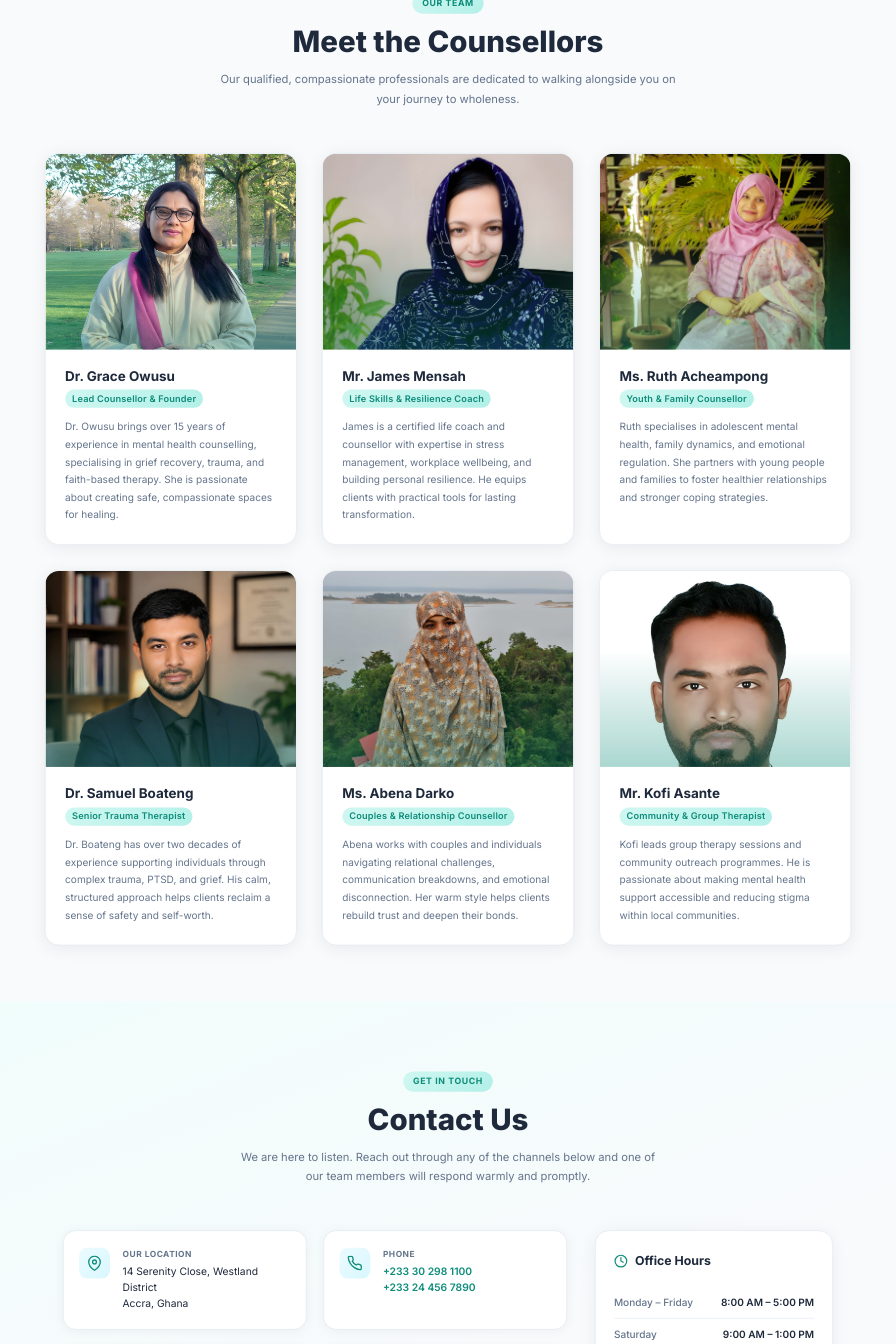
Repository: Tan47s/Lifelogo
Page: /
An editor plug-in stored every save of this project. The page is shown before and after the next save, followed by the edit.
The browser window is 1280 px wide. The pictures show the part of the page from y = 2322 to 4242 px (the page is 4886 px tall), at 70% of full size.
The project was rebuilt for these pictures with package versions that can differ from the ones it lists, and the page was loaded fresh each time. Also part of the build but not shown: vite.config.js.

Above is the page before, as saved 2026-08-09 16:44:59.

### index.html
<!doctype html>
<html lang="en">
  <head>
    <meta charset="UTF-8" />
    <link rel="icon" type="image/svg+xml" href="/favicon.svg" />
    <meta name="viewport" content="width=device-width, initial-scale=1.0" />
    <title>Life-Logo | Mental Health Counselling &amp; Life Skills</title>
    <meta name="description" content="Life-Logo Mental Health Support &amp; Life Skills Training Unit — professional counselling, resilience coaching, and compassionate support to help you find meaning, hope, and purpose." />
    <meta property="og:title" content="Life-Logo | Mental Health Counselling &amp; Life Skills" />
    <meta property="og:description" content="Professional counselling and life skills training to support your well-being and personal growth." />
    <meta property="og:type" content="website" />
  </head>
  <body>
    <div id="root"></div>
    <script type="module" src="/src/main.jsx"></script>
  </body>
</html>

### src/main.jsx
import { StrictMode } from 'react'
import { createRoot } from 'react-dom/client'

import { App } from './App.jsx'


createRoot(document.getElementById('root')).render(
  <StrictMode>
    <App />
  </StrictMode>,
)

### src/App.jsx
import React from 'react'
import { Header } from './comp/Header'
import { Herocon } from './comp/Herocon'
import { Contents2 } from './comp/Contents2'
import { Service2 } from './comp/Service2'
import { Counsellors } from './comp/Counsellors'
import { Contact } from './comp/Contact'
import { Footer } from './comp/Footer'

export const App = () => {
  return (
    <div>
      <Header />

      {/* Hero — id: home (owned by Herocon's <section>) */}
      <Herocon />

      {/* Our Story — id: story (owned by Contents2's <section>) */}
      <Contents2 />

      {/* Services — id: services (declared inside Service2's <section>) */}
      <Service2 />

      {/* Our Team — id: team */}
      <Counsellors />

      {/* Contact — id: contact */}
      <Contact />

      {/* Footer */}
      <Footer />
    </div>
  )
}

### src/comp/Herocon.jsx
import './herocon.css'
import Hero from '../assets/hero.png'

const stats = [
  { value: '500+', label: 'Lives Impacted' },
  { value: '15+', label: 'Years Experience' },
  { value: '6',   label: 'Specialists' },
]

export const Herocon = () => {
  const scrollTo = (id) => {
    const el = document.getElementById(id)
    if (el) el.scrollIntoView({ behavior: 'smooth' })
  }

  return (
    <section
      id="home"
      className="hero-section"
      style={{ backgroundImage: `url(${Hero})` }}
    >
      {/* layered overlay */}
      <div className="hero-overlay" />

      <div className="hero-content">
        {/* eyebrow badge */}
        <span className="hero-badge">Mental Health &amp; Life Skills</span>

        {/* quote */}
        <p className="hero-quote">
          &ldquo;Doctors Dress The Wound, God Heals It.&rdquo;
        </p>

        {/* headline */}
        <h1 className="hero-headline">
          Well-Being Requires<br />
          <span className="hero-headline-accent">a Safe Space to Heal</span>
        </h1>

        {/* sub-text */}
        <p className="hero-sub">
          Mental health is the foundation of a healthy life. Through compassion,
          professional support, and faith, we help you find hope, build
          resilience, and take meaningful steps toward lasting well-being.
        </p>

        {/* CTAs */}
        <div className="hero-ctas">
          <button
            id="hero-contact-btn"
            className="hero-btn hero-btn--primary"
            onClick={() => scrollTo('contact')}
          >
            Contact Us
          </button>
          <button
            id="hero-services-btn"
            className="hero-btn hero-btn--ghost"
            onClick={() => scrollTo('services')}
          >
            Our Services
          </button>
        </div>

        {/* Stats strip */}
        <div className="hero-stats">
          {stats.map((s, i) => (
            <div className="hero-stat" key={i}>
              <span className="hero-stat-value">{s.value}</span>
              <span className="hero-stat-label">{s.label}</span>
            </div>
          ))}
        </div>
      </div>
    </section>
  )
}

### src/comp/Service2.jsx
import React from 'react'
import ser1 from '../assets/ser1.png'
import ser2 from '../assets/ser2.png'
import ser3 from '../assets/ser3.png'
import ser4 from '../assets/ser4.png'
import './Service2.css'

const services = [
  {
    img: ser1,
    title: 'Individual Counselling',
    tag: 'One-on-One',
    desc: 'A private, confidential space where you can explore personal challenges, process emotions, and develop healthier coping strategies with the guidance of a qualified counsellor.',
  },
  {
    img: ser2,
    title: 'Couple Counselling',
    tag: 'Relationships',
    desc: 'Helping couples navigate conflict, rebuild trust, and strengthen communication so they can grow together in a healthy, supportive partnership.',
  },
  {
    img: ser3,
    title: 'Family Counselling',
    tag: 'Family Dynamics',
    desc: 'We work with families to address relational tensions, improve understanding, and foster a home environment rooted in compassion and mutual respect.',
  },
  {
    img: ser4,
    title: 'Life Skills Training',
    tag: 'Personal Growth',
    desc: 'Practical workshops and coaching sessions that equip you with tools for resilience, emotional regulation, goal-setting, and purposeful living.',
  },
]

export const Service2 = () => {
  return (
    <section id="services" className="services-section">
      {/* Section Header */}
      <div className="services-header">
        <span className="section-badge">What We Offer</span>
        <h2>Our Services</h2>
        <p className="services-subtitle">
          We provide compassionate mental health counselling and life skills
          training to support your well-being and personal growth.
        </p>
      </div>

      {/* Cards Grid */}
      <div className="services-grid">
        {services.map((s, i) => (
          <div className="service-card" key={i}>
            <div className="service-img-wrap">
              <img src={s.img} alt={s.title} className="service-img" />
              <div className="service-img-overlay" />
            </div>
            <div className="service-info">
              <span className="service-tag">{s.tag}</span>
              <h3>{s.title}</h3>
              <p>{s.desc}</p>
            </div>
          </div>
        ))}
      </div>
    </section>
  )
}

### src/comp/Counsellors.jsx
import React from 'react'
import './Counsellors.css'
import c1 from '../assets/counsellor1.jpg'
import c2 from '../assets/counsellor2.jpg'
import c3 from '../assets/counsellor3.jpeg'
import c4 from '../assets/counsellor4.jpeg'
import c5 from '../assets/counsellor5.jpeg'
import c6 from '../assets/counsellor6.jpeg'

const counsellors = [
  {
    img: c1,
    name: 'Dr. Grace Owusu',
    role: 'Lead Counsellor & Founder',
    bio: 'Dr. Owusu brings over 15 years of experience in mental health counselling, specialising in grief recovery, trauma, and faith-based therapy. She is passionate about creating safe, compassionate spaces for healing.',
  },
  {
    img: c2,
    name: 'Mr. James Mensah',
    role: 'Life Skills & Resilience Coach',
    bio: 'James is a certified life coach and counsellor with expertise in stress management, workplace wellbeing, and building personal resilience. He equips clients with practical tools for lasting transformation.',
  },
  {
    img: c3,
    name: 'Ms. Ruth Acheampong',
    role: 'Youth & Family Counsellor',
    bio: 'Ruth specialises in adolescent mental health, family dynamics, and emotional regulation. She partners with young people and families to foster healthier relationships and stronger coping strategies.',
  },
  {
    img: c4,
    name: 'Dr. Samuel Boateng',
    role: 'Senior Trauma Therapist',
    bio: 'Dr. Boateng has over two decades of experience supporting individuals through complex trauma, PTSD, and grief. His calm, structured approach helps clients reclaim a sense of safety and self-worth.',
  },
  {
    img: c5,
    name: 'Ms. Abena Darko',
    role: 'Couples & Relationship Counsellor',
    bio: 'Abena works with couples and individuals navigating relational challenges, communication breakdowns, and emotional disconnection. Her warm style helps clients rebuild trust and deepen their bonds.',
  },
  {
    img: c6,
    name: 'Mr. Kofi Asante',
    role: 'Community & Group Therapist',
    bio: 'Kofi leads group therapy sessions and community outreach programmes. He is passionate about making mental health support accessible and reducing stigma within local communities.',
  },
]

export const Counsellors = () => {
  return (
    <section id="team" className="counsellors-section">
      {/* Section Header */}
      <div className="counsellors-header">
        <span className="section-badge">Our Team</span>
        <h2>Meet the Counsellors</h2>
        <p className="counsellors-subtitle">
          Our qualified, compassionate professionals are dedicated to walking
          alongside you on your journey to wholeness.
        </p>
      </div>

      {/* Cards Grid */}
      <div className="counsellors-grid">
        {counsellors.map((c, i) => (
          <div className="counsellor-card" key={i}>
            <div className="counsellor-img-wrap">
              <img src={c.img} alt={c.name} className="counsellor-img" />
              <div className="counsellor-img-overlay" />
            </div>
            <div className="counsellor-info">
              <h3>{c.name}</h3>
              <span className="counsellor-role">{c.role}</span>
              <p>{c.bio}</p>
            </div>
          </div>
        ))}
      </div>
    </section>
  )
}

### src/comp/Footer.jsx
import React from 'react'
import './Footer.css'
import logo from '../assets/logo.png'

export const Footer = () => {
  const year = new Date().getFullYear()

  const scrollTo = (id) => {
    const el = document.getElementById(id)
    if (el) el.scrollIntoView({ behavior: 'smooth' })
  }

  return (
    <footer className="footer">
      <div className="footer-inner">

        {/* Brand Column */}
        <div className="footer-brand">
          <div className="footer-logo-row">
            <img src={logo} alt="Life-Logo" className="footer-logo" />
            <span className="footer-name">Life-Logo</span>
          </div>
          <p className="footer-tagline">
            Mental Health Support &amp; Life Skills Training Unit — helping
            people discover meaning, hope, and purpose.
          </p>
        </div>

        {/* Quick Links */}
        <div className="footer-col">
          <h4>Quick Links</h4>
          <ul>
            {[
              { label: 'Home',        id: 'home' },
              { label: 'Our Story',   id: 'story' },
              { label: 'Services',    id: 'services' },
              { label: 'Our Team',    id: 'team' },
              { label: 'Contact',     id: 'contact' },
            ].map((l) => (
              <li key={l.id}>
                <button onClick={() => scrollTo(l.id)} className="footer-link">
                  {l.label}
                </button>
              </li>
            ))}
          </ul>
        </div>

        {/* Contact Column */}
        <div className="footer-col">
          <h4>Contact</h4>
          <ul className="footer-contact-list">
            <li>
              <span className="fc-icon">📍</span>
              14 Serenity Close, Westland District, Accra, Ghana
            </li>
            <li>
              <span className="fc-icon">📞</span>
              <a href="tel:+233302981100">+233 30 298 1100</a>
            </li>
            <li>
              <span className="fc-icon">✉️</span>
              <a href="mailto:hello@lifelogo.org">hello@lifelogo.org</a>
            </li>
            <li>
              <span className="fc-icon">💬</span>
              <a href="https://wa.me/233244567890" target="_blank" rel="noopener noreferrer">
                WhatsApp Us
              </a>
            </li>
          </ul>
        </div>

      </div>

      {/* Bottom Bar */}
      <div className="footer-bottom">
        <p>&copy; {year} Life-Logo Mental Health &amp; Life Skills. All rights reserved.</p>
        <p className="footer-note">Built with compassion 💚</p>
      </div>
    </footer>
  )
}

### src/Index.css

@import url('https://fonts.googleapis.com/css2?family=Inter:wght@100..900&display=swap');

:root {
  /* Brand */
  --primary: #6de1fb;        /* Teal from header */
  --primary-light: #02ff78;


  /* Logo greens */
  --green: #22C55E;
  --green-light: #DCFCE7;

  /* Blue accent */
  --blue: #38BDF8;
  --blue-light: #E0F2FE;

  /* Backgrounds */
  --background: #F8FAFC;
  --surface: #FFFFFF;

  /* Text */
  --text: #1E293B;
  --text-muted: #64748B;

  /* Borders */
  --border: #E2E8F0;
}

* {
  margin: 0;
  padding: 0;
  box-sizing: border-box;
  font-family: "Inter", sans-serif;
}

h1{
    font-weight: 800;
}

p{
    font-weight: 400;
}

### src/comp/Contents2.css
/* ============================================================
   OUR STORY SECTION
   ============================================================ */

.story-section {
  padding: 100px 5% 80px;
  background: var(--background);   /* #F8FAFC — same as Counsellors */
}

/* ---- Two-column inner wrapper ---- */
.story-inner {
  display: grid;
  grid-template-columns: 1fr 1fr;
  gap: 72px;
  max-width: 1200px;
  margin: 0 auto;
  align-items: start;
}

/* ========== LEFT: text column ========== */
.story-text {
  display: flex;
  flex-direction: column;
  gap: 20px;
}

.story-text h2 {
  font-size: clamp(26px, 3.5vw, 40px);
  font-weight: 800;
  color: var(--text);
  line-height: 1.18;
  margin: 0;
}

.story-lead {
  font-size: 1.05rem;
  color: var(--text);
  font-weight: 500;
  line-height: 1.75;
  margin: 0;
}

.story-body {
  font-size: 0.95rem;
  color: var(--text-muted);
  line-height: 1.8;
  margin: 0;
}

/* ========== RIGHT: pillars column ========== */
.story-pillars {
  display: flex;
  flex-direction: column;
  gap: 20px;
}

/* ---- Single pillar card ---- */
.story-pillar {
  display: flex;
  align-items: flex-start;
  gap: 18px;
  background: var(--surface);
  border: 1px solid var(--border);
  border-radius: 18px;
  padding: 24px 22px;
  box-shadow: 0 2px 16px rgba(0, 0, 0, 0.05);
  transition: transform 0.25s ease, box-shadow 0.25s ease;
}

.story-pillar:hover {
  transform: translateY(-4px);
  box-shadow: 0 8px 32px rgba(109, 225, 251, 0.18);
}

/* ---- Icon bubble ---- */
.pillar-icon {
  flex-shrink: 0;
  width: 48px;
  height: 48px;
  border-radius: 14px;
  background: linear-gradient(135deg, #d0f7f1, #b2f0e8);
  display: flex;
  align-items: center;
  justify-content: center;
  color: #0d8c7a;
}

.pillar-icon svg {
  width: 22px;
  height: 22px;
}

/* ---- Pillar text ---- */
.pillar-body {
  display: flex;
  flex-direction: column;
  gap: 5px;
}

.pillar-body h4 {
  font-size: 1rem;
  font-weight: 700;
  color: var(--text);
  margin: 0;
}

.pillar-body p {
  font-size: 0.88rem;
  color: var(--text-muted);
  line-height: 1.65;
  margin: 0;
}

/* ---- Responsive ---- */
@media (max-width: 860px) {
  .story-inner {
    grid-template-columns: 1fr;
    gap: 48px;
  }
}

@media (max-width: 640px) {
  .story-section {
    padding: 70px 5% 60px;
  }
}

### src/comp/Service2.css
/* ============================================================
   SERVICES SECTION  —  mirrors Counsellors card style
   ============================================================ */

.services-section {
  padding: 100px 5% 80px;
  background: linear-gradient(160deg, #f0fdfb 0%, #f8fafc 60%);
}

/* --- Header --- */
.services-header {
  text-align: center;
  max-width: 660px;
  margin: 0 auto 64px;
}

.services-header h2 {
  font-size: clamp(28px, 4vw, 42px);
  font-weight: 800;
  color: var(--text);
  margin-bottom: 16px;
  line-height: 1.15;
}

.services-subtitle {
  font-size: 1rem;
  color: var(--text-muted);
  line-height: 1.7;
}

/* --- Grid --- */
.services-grid {
  display: grid;
  grid-template-columns: repeat(auto-fit, minmax(260px, 1fr));
  gap: 32px;
  max-width: 1200px;
  margin: 0 auto;
}

/* --- Card --- */
.service-card {
  background: var(--surface);
  border-radius: 20px;
  overflow: hidden;
  box-shadow: 0 4px 24px rgba(0, 0, 0, 0.07);
  border: 1px solid var(--border);
  transition: transform 0.3s ease, box-shadow 0.3s ease;
}

.service-card:hover {
  transform: translateY(-8px);
  box-shadow: 0 12px 40px rgba(109, 225, 251, 0.25);
}

/* --- Image wrapper --- */
.service-img-wrap {
  position: relative;
  width: 100%;
  height: 150px;
  overflow: hidden;
}

.service-img {
  width: 100%;
  height: 100%;
  object-fit: cover;
  object-position: center;
  transition: transform 0.4s ease;
}

.service-card:hover .service-img {
  transform: scale(1.05);
}

.service-img-overlay {
  position: absolute;
  inset: 0;
  background: linear-gradient(to top, rgba(13, 140, 122, 0.3) 0%, transparent 55%);
  pointer-events: none;
}

/* --- Info block --- */
.service-info {
  padding: 22px 26px 28px;
  display: flex;
  flex-direction: column;
  gap: 8px;
}

.service-tag {
  display: inline-block;
  background: linear-gradient(135deg, #d0f7f1, #b2f0e8);
  color: #0d8c7a;
  font-size: 0.78rem;
  font-weight: 700;
  letter-spacing: 0.06em;
  text-transform: uppercase;
  padding: 4px 12px;
  border-radius: 999px;
  align-self: flex-start;
}

.service-info h3 {
  font-size: 1.15rem;
  font-weight: 700;
  color: var(--text);
  margin: 0;
  line-height: 1.3;
}

.service-info p {
  font-size: 0.9rem;
  color: var(--text-muted);
  line-height: 1.75;
  margin: 0;
}

/* --- Responsive --- */
@media (max-width: 640px) {
  .services-section {
    padding: 70px 5% 60px;
  }

  .services-grid {
    grid-template-columns: 1fr;
  }
}

### src/comp/Footer.css
/* ============================================================
   FOOTER
   ============================================================ */

.footer {
  background: linear-gradient(135deg, #0f2027, #203a43, #2c5364);
  color: rgba(255, 255, 255, 0.85);
  padding-top: 64px;
}

.footer-inner {
  max-width: 1100px;
  margin: 0 auto;
  padding: 0 5% 48px;
  display: grid;
  grid-template-columns: 1.6fr 1fr 1.2fr;
  gap: 48px;
}

/* --- Brand Column --- */
.footer-brand {}

.footer-logo-row {
  display: flex;
  align-items: center;
  gap: 12px;
  margin-bottom: 16px;
}

.footer-logo {
  width: 44px;
  height: 44px;
  object-fit: contain;
  border-radius: 10px;
  background: white;
  padding: 3px;
}

.footer-name {
  font-size: 1.3rem;
  font-weight: 800;
  color: var(--primary);
  letter-spacing: -0.02em;
}

.footer-tagline {
  font-size: 0.9rem;
  line-height: 1.7;
  color: rgba(255, 255, 255, 0.6);
  max-width: 300px;
}

/* --- Columns --- */
.footer-col h4 {
  font-size: 0.8rem;
  font-weight: 700;
  letter-spacing: 0.1em;
  text-transform: uppercase;
  color: var(--primary);
  margin-bottom: 18px;
}

.footer-col ul {
  list-style: none;
  padding: 0;
  margin: 0;
  display: flex;
  flex-direction: column;
  gap: 10px;
}

/* Quick links */
.footer-link {
  background: none;
  border: none;
  padding: 0;
  cursor: pointer;
  font-size: 0.9rem;
  color: rgba(255, 255, 255, 0.7);
  text-align: left;
  transition: color 0.2s ease;
  font-family: inherit;
}

.footer-link:hover {
  color: var(--primary);
}

/* Contact list */
.footer-contact-list li {
  display: flex;
  align-items: flex-start;
  gap: 10px;
  font-size: 0.88rem;
  color: rgba(255, 255, 255, 0.7);
  line-height: 1.55;
}

.footer-contact-list a {
  color: rgba(255, 255, 255, 0.7);
  text-decoration: none;
  transition: color 0.2s ease;
}

.footer-contact-list a:hover {
  color: var(--primary);
}

.fc-icon {
  flex-shrink: 0;
  font-size: 1rem;
  margin-top: 1px;
}

/* --- Bottom Bar --- */
.footer-bottom {
  border-top: 1px solid rgba(255, 255, 255, 0.1);
  padding: 20px 5%;
  display: flex;
  align-items: center;
  justify-content: space-between;
  max-width: 100%;
}

.footer-bottom p {
  font-size: 0.82rem;
  color: rgba(255, 255, 255, 0.45);
  margin: 0;
}

.footer-note {
  font-size: 0.82rem;
  color: rgba(255, 255, 255, 0.45);
}

/* --- Responsive --- */
@media (max-width: 860px) {
  .footer-inner {
    grid-template-columns: 1fr 1fr;
  }
  .footer-brand {
    grid-column: span 2;
  }
}

@media (max-width: 540px) {
  .footer-inner {
    grid-template-columns: 1fr;
  }
  .footer-brand {
    grid-column: span 1;
  }
  .footer-bottom {
    flex-direction: column;
    gap: 6px;
    text-align: center;
  }
}

Loaded but not shown: src/comp/Contact.jsx (114 lines, source omitted); src/App.css (221 lines, source omitted); src/comp/herocon.css (185 lines, source omitted); src/comp/Contact.css (202 lines, source omitted); src/comp/Header.jsx (102 lines, source omitted); src/comp/Contents2.jsx (74 lines, source omitted); src/comp/Counsellors.css (141 lines, source omitted)

After the next save:
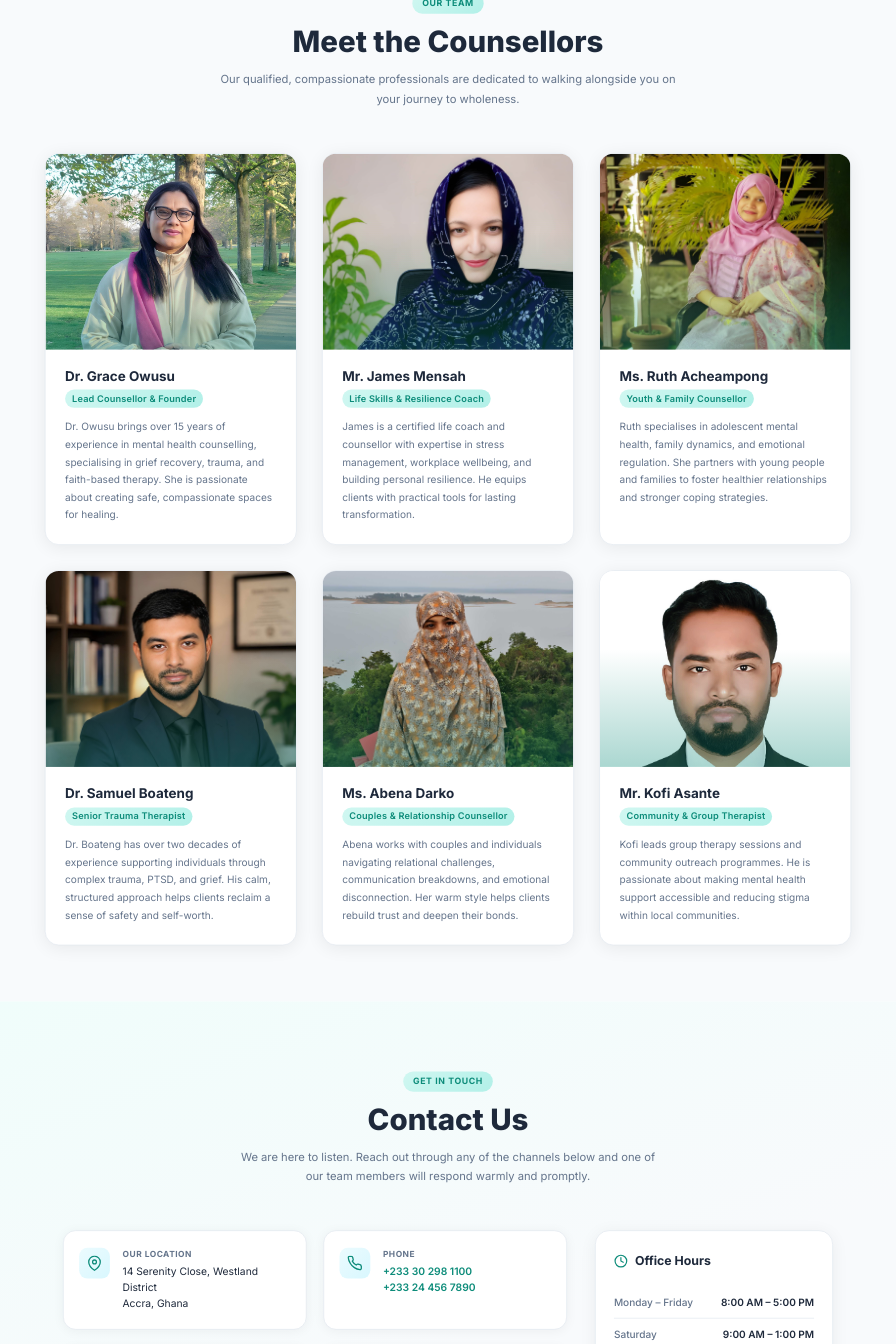
Saved 11 min 21 s later.
--- a/src/comp/Counsellors.jsx
+++ b/src/comp/Counsellors.jsx
@@ -5,7 +5,7 @@ import c2 from '../assets/counsellor2.jpg'
 import c3 from '../assets/counsellor3.jpeg'
 import c4 from '../assets/counsellor4.jpeg'
 import c5 from '../assets/counsellor5.jpeg'
-import c6 from '../assets/counsellor6.jpeg'
+import c6 from '../assets/counsellor6.jpg'
 
 const counsellors = [
   {
